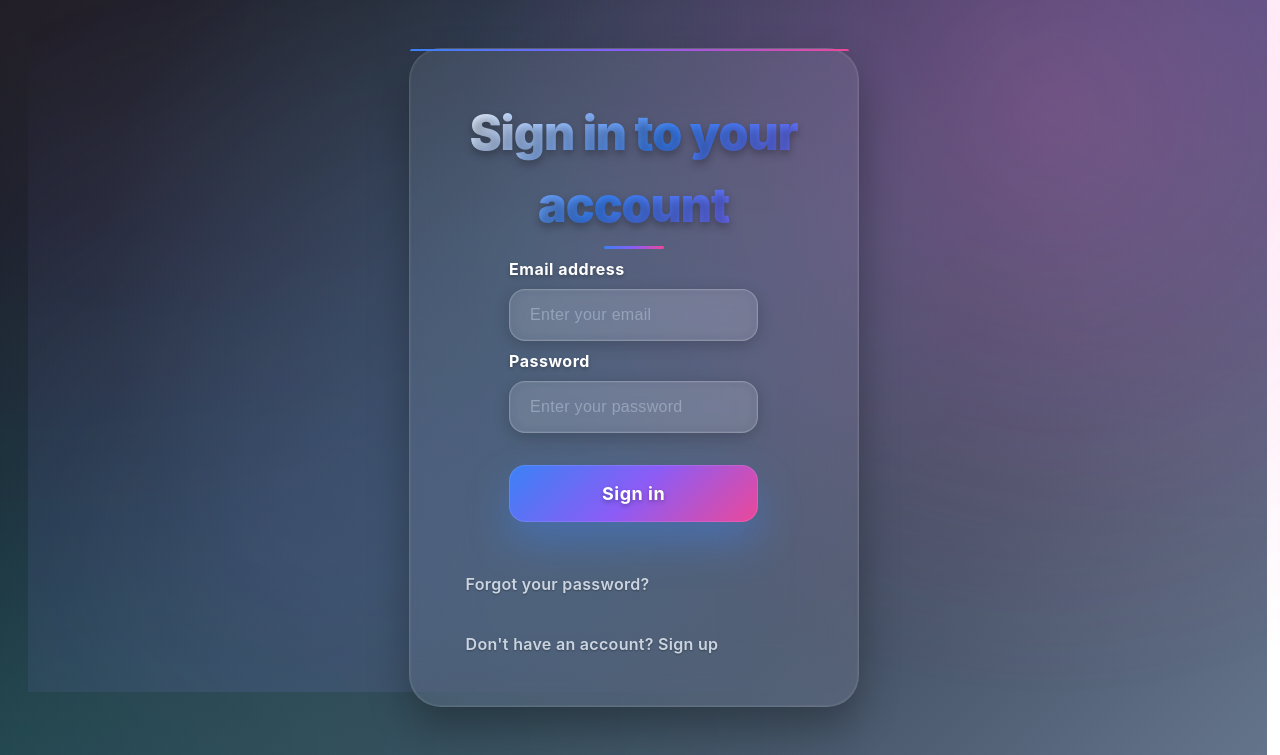
Repository: him021204/Task-Manager
Page: / (app in client/)
An editor plug-in stored every save of this project. The page is shown before and after the next save, followed by the edit.
The browser window is 1280 px wide. The pictures show the whole page.
The page's requests for data from a server got no answer. The project was rebuilt for these pictures with package versions that can differ from the ones it lists, and the page was loaded fresh each time. No one was signed in, and anything a server would have sent is missing. Also part of the build but not shown: client/vite.config.js, client/src/pages/Navbar.jsx, client/src/pages/Dashboard.jsx, client/src/pages/Register.css, client/src/pages/Register.jsx, client/src/pages/Analytics.jsx, client/src/pages/CalendarView.jsx, client/src/pages/Profile.css and 2 more.

Above is the page before, as saved 2025-06-23 23:50:53.

After the next save:
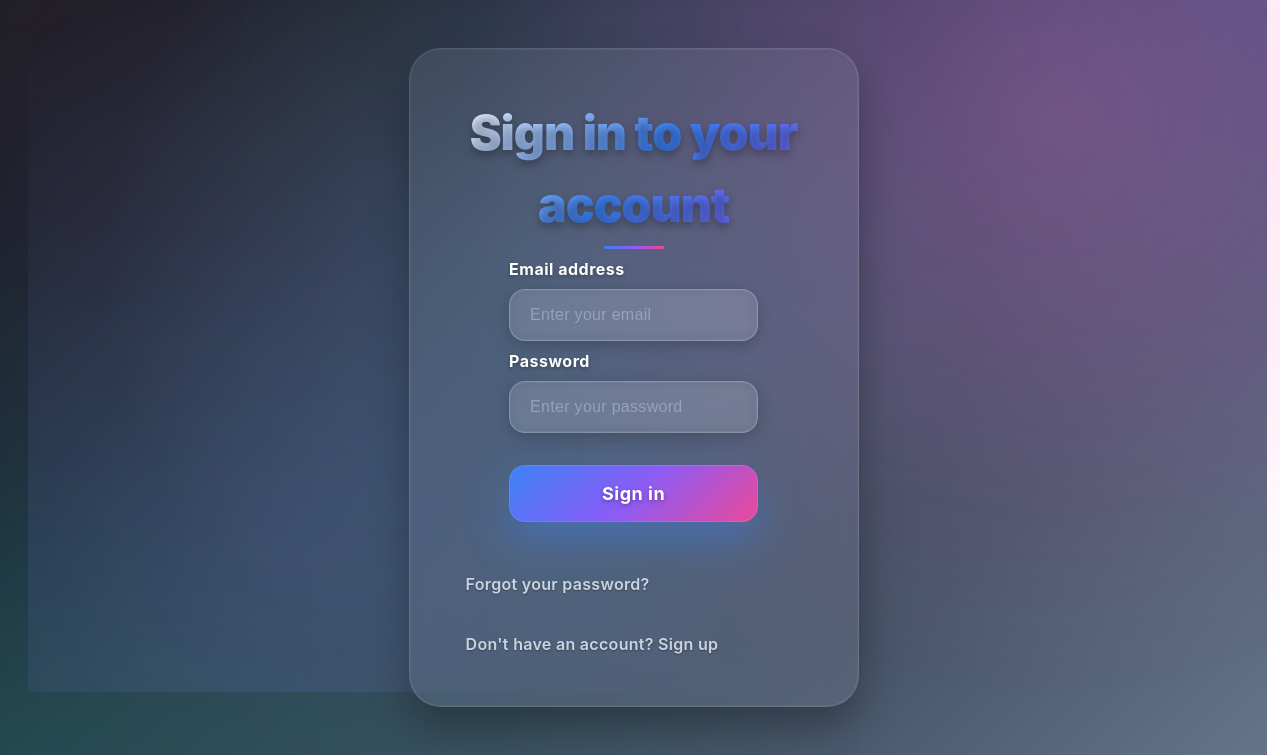
Saved 15 s later.
--- a/client/src/pages/Login.css
+++ b/client/src/pages/Login.css
@@ -102,14 +102,12 @@
 }
 
 .login-container::before {
-  width: 98%;
   content: '';
   position: absolute;
   top: 0;
   left: 0;
   right: 0;
   height: 2px;
-  background: linear-gradient(90deg, #3b82f6, #8b5cf6, #ec4899);
   border-radius: 2px 2px 0 0;
 }
 
